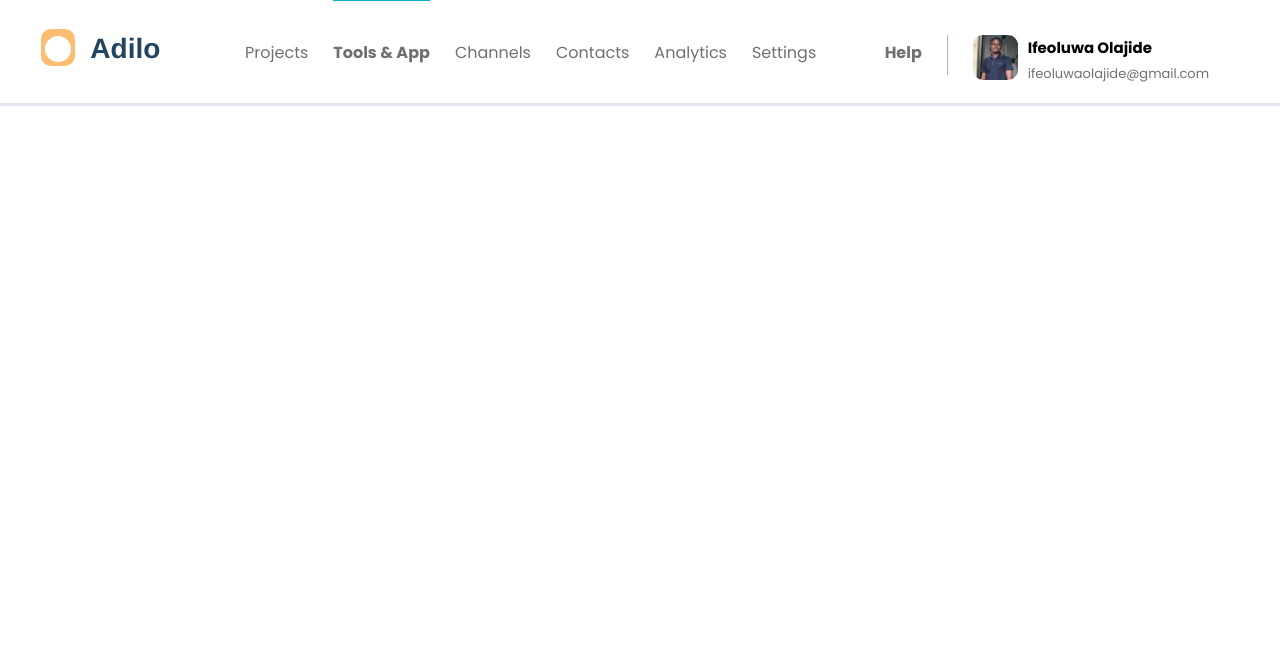
Repository: olhighjay/video_recorder
Page: /
The author's editor kept a copy of each file at every save. The page is drawn from the files as they stood at one save, then again after the next save.
The browser window is 1280 px wide. The pictures show the whole page.
Some web libraries are served in a nearby version. The project was rebuilt for these pictures with package versions that can differ from the ones it lists, and the page was loaded fresh each time. Also part of the build but not shown: vue.config.js, src/components/DataTable.vue, src/components/EmptyRecorded.vue.

Above is the page before, as saved 2022-07-29 11:39:56.

After the next save:
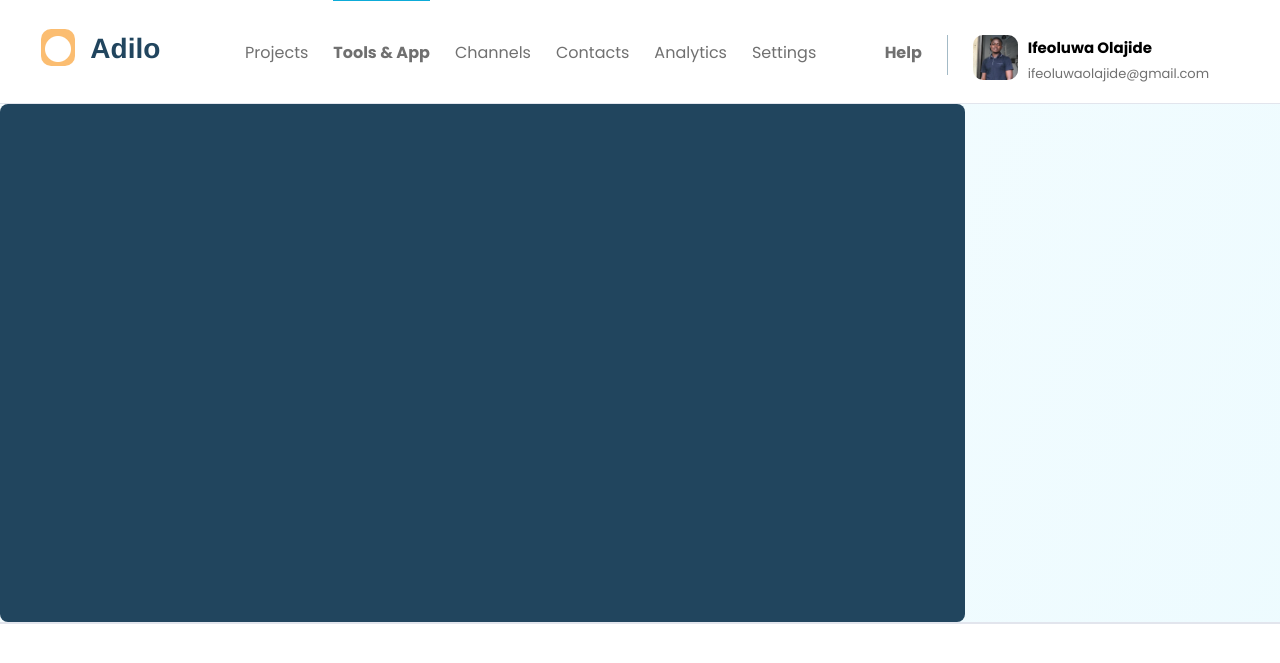
Saved 67 s later.
--- a/src/App.vue
+++ b/src/App.vue
@@ -103,7 +103,7 @@ Launch demo modal
       </div>
       <div class="record-page">
         <div>
-          <div>
+          <div class="view-frame">
 
           </div>
         </div>
@@ -140,6 +140,13 @@ export default {
 .record-page {
   background: transparent linear-gradient(117deg, #0dacd85d 0%, #eafaff5d 0%, #d3f5fe65 100%) 0% 0% no-repeat padding-box;
   width: 100%;
+}
+.view-frame {
+  width: 965px;
+  height: 518px;
+  /* UI Properties */
+  background: #21455E 0% 0% no-repeat padding-box;
+  border-radius: 8px;
 }
 
 
